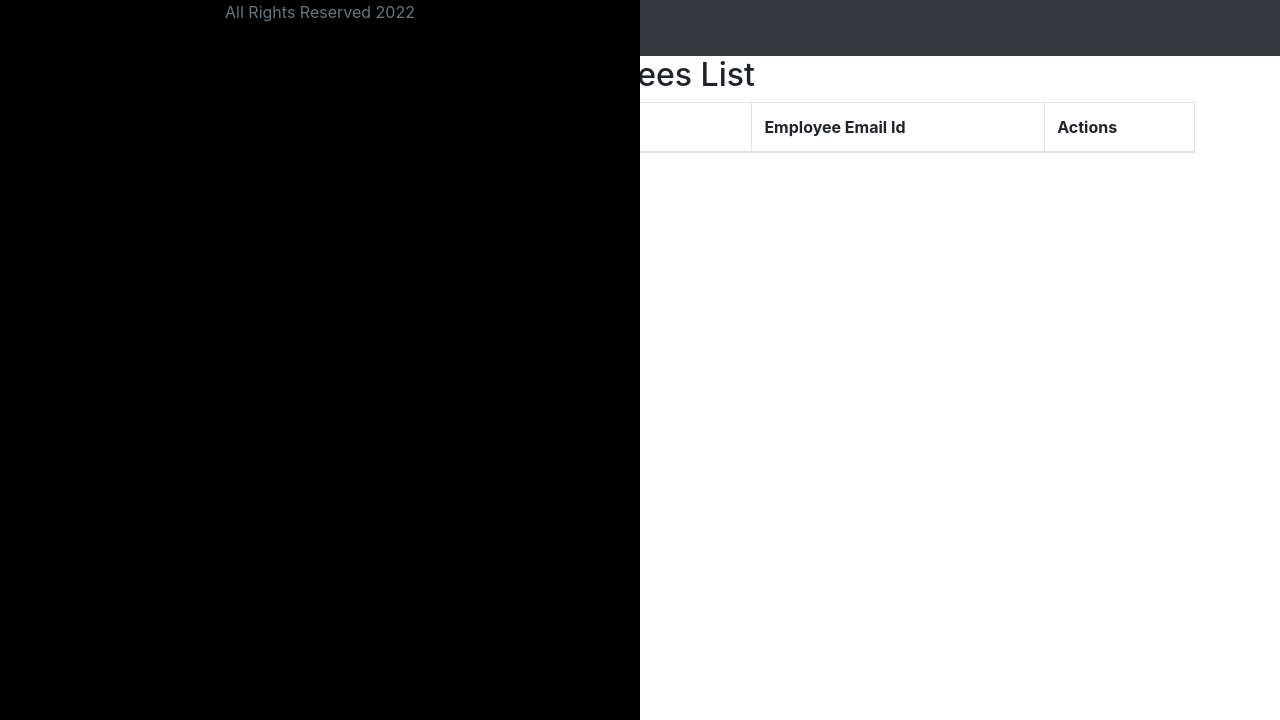
Repository: cavidk/react-springboot-crud-app-front
Page: / (app in react-fontend/)
An editor plug-in stored every save of this project. The page is shown before and after the next save, followed by the edit.
The browser window is 1280 px wide. The pictures show the whole page.
The page's requests for data from a server got no answer. The project was rebuilt for these pictures with package versions that can differ from the ones it lists, and the page was loaded fresh each time. No one was signed in, and anything a server would have sent is missing.

Above is the page before, as saved 2022-09-18 12:46:17.

### react-fontend/public/index.html
<!DOCTYPE html>
<html lang="en">
  <head>
    <meta charset="utf-8" />
    <link rel="icon" href="%PUBLIC_URL%/favicon.ico" />
    <meta name="viewport" content="width=device-width, initial-scale=1" />
    <meta name="theme-color" content="#000000" />
    <meta
      name="description"
      content="Web site created using create-react-app"
    />
    <link rel="apple-touch-icon" href="%PUBLIC_URL%/logo192.png" />
    <!--
      manifest.json provides metadata used when your web app is installed on a
      user's mobile device or desktop. See https://developers.google.com/web/fundamentals/web-app-manifest/
    -->
    <link rel="manifest" href="%PUBLIC_URL%/manifest.json" />
    <!--
      Notice the use of %PUBLIC_URL% in the tags above.
      It will be replaced with the URL of the `public` folder during the build.
      Only files inside the `public` folder can be referenced from the HTML.

      Unlike "/favicon.ico" or "favicon.ico", "%PUBLIC_URL%/favicon.ico" will
      work correctly both with client-side routing and a non-root public URL.
      Learn how to configure a non-root public URL by running `npm run build`.
    -->
    <title>React App</title>
    <link rel="stylesheet" href="https://cdn.jsdelivr.net/npm/bootstrap@4.0.0/dist/css/bootstrap.min.css" integrity="sha384-Gn5384xqQ1aoWXA+058RXPxPg6fy4IWvTNh0E263XmFcJlSAwiGgFAW/dAiS6JXm" crossorigin="anonymous">
  </head>
  <body>
    <noscript>You need to enable JavaScript to run this app.</noscript>
    <div id="root"></div>
    <!--
      This HTML file is a template.
      If you open it directly in the browser, you will see an empty page.

      You can add webfonts, meta tags, or analytics to this file.
      The build step will place the bundled scripts into the <body> tag.

      To begin the development, run `npm start` or `yarn start`.
      To create a production bundle, use `npm run build` or `yarn build`.
    -->
  </body>
</html>

### react-fontend/src/index.js
import React from 'react';
import ReactDOM from 'react-dom/client';
import './index.css';
import App from './App';
import reportWebVitals from './reportWebVitals';


const root = ReactDOM.createRoot(document.getElementById('root'));
root.render(
    <React.StrictMode>
      <App />
    </React.StrictMode>
 );

// If you want to start measuring performance in your app, pass a function
// to log results (for example: reportWebVitals(console.log))
// or send to an analytics endpoint. Learn more: https://bit.ly/CRA-vitals
reportWebVitals();

### react-fontend/src/App.js

import './App.css';
import ListEmployeeComponent from './components/ListEmployeeComponent';
import HeaderComponent from './components/HeaderComponent';
import FooterComponent from './components/FooterComponent';

function App() {
  return (

    <div>
          <HeaderComponent />
        <div className="container">
          <ListEmployeeComponent />
        </div>
          <FooterComponent />
    </div>
  );
}

export default App;

### react-fontend/src/App.css
.App {
  text-align: center;
}

.App-logo {
  height: 40vmin;
  pointer-events: none;
}

@media (prefers-reduced-motion: no-preference) {
  .App-logo {
    animation: App-logo-spin infinite 20s linear;
  }
}

.App-header {
  background-color: #282c34;
  min-height: 100vh;
  display: flex;
  flex-direction: column;
  align-items: center;
  justify-content: center;
  font-size: calc(10px + 2vmin);
  color: white;
}

.App-link {
  color: #61dafb;
}

@keyframes App-logo-spin {
  from {
    transform: rotate(0deg);
  }
  to {
    transform: rotate(360deg);
  }
}

.footer{
position: absolute;
bottom: 0%;
width: 50%;
height: 100%;
background-color: black;
text-align: center;
color: white;
}

### react-fontend/src/components/ListEmployeeComponent.jsx
import React, { Component } from 'react'
import EmployeeService from '../services/EmployeeService'

export default class ListEmployeeComponent extends Component {
  constructor(props){
   super(props)

   this.state = {

      employees : []
   }
  }

    componentDidMount(){
       EmployeeService.getEmployees().then((res) => {
          this.setState({employees: res.data});

   });
  }

   render() {
    return (
      <div>
        <h2 className="text-center">Employees List</h2>
        <div className="row"></div>
        <table className="table table-striped table-bordered">
          <thead>
            <tr>
             <th>Employee First Name</th>
             <th>Employee Last Name</th>
             <th>Employee Email Id</th>
             <th>Actions</th>
            </tr>
          </thead>
            <tbody>
               {
                 this.state.employees.map(
                   employee =>
                   <tr key = {employee.id}>
                       <td>{employee.firstName}</td>
                       <td>{employee.lastName}</td>
                       <td>{employee.emailId}</td>
                   </tr>
                 )
               }
            </tbody>
         </table>
      </div>
    )
  }
}

### react-fontend/src/components/HeaderComponent.js
import React, { Component } from 'react'

export default class HeaderComponent extends Component {
  render() {

    return (
       <div>
         <header>
           <nav className="navbar navbar-expand-md navbar-dark bg-dark">
        <div>
            <a href='https://github.com/cavidk' className='navbar-brand'>
              Employee Management App
            </a>
        </div>
        </nav>
         </header>
       </div>
    )
  }
}

### react-fontend/src/components/FooterComponent.jsx
import React, { Component } from 'react'

export default class FooterComponent extends Component {
  render() {
    return (
      <div>
         <footer className= "footer">

          <span className='text-muted'>All Rights Reserved 2022</span>

         </footer>
      </div>
    )
  }
}

### react-fontend/src/services/EmployeeService.js
import axios from 'axios';

const EMPLOYEE_APP_BASE_URL = "http://localhost:8080/api/v1/employees";

class EmployeeService{
   getEmployees(){
      return axios.get("EMPLOYEE_APP_BASE_URL", this.getEmployees);
   }
}
export default new EmployeeService()

Loaded but not shown: react-fontend/src/index.css (common file); react-fontend/src/reportWebVitals.js (common file)

After the next save:
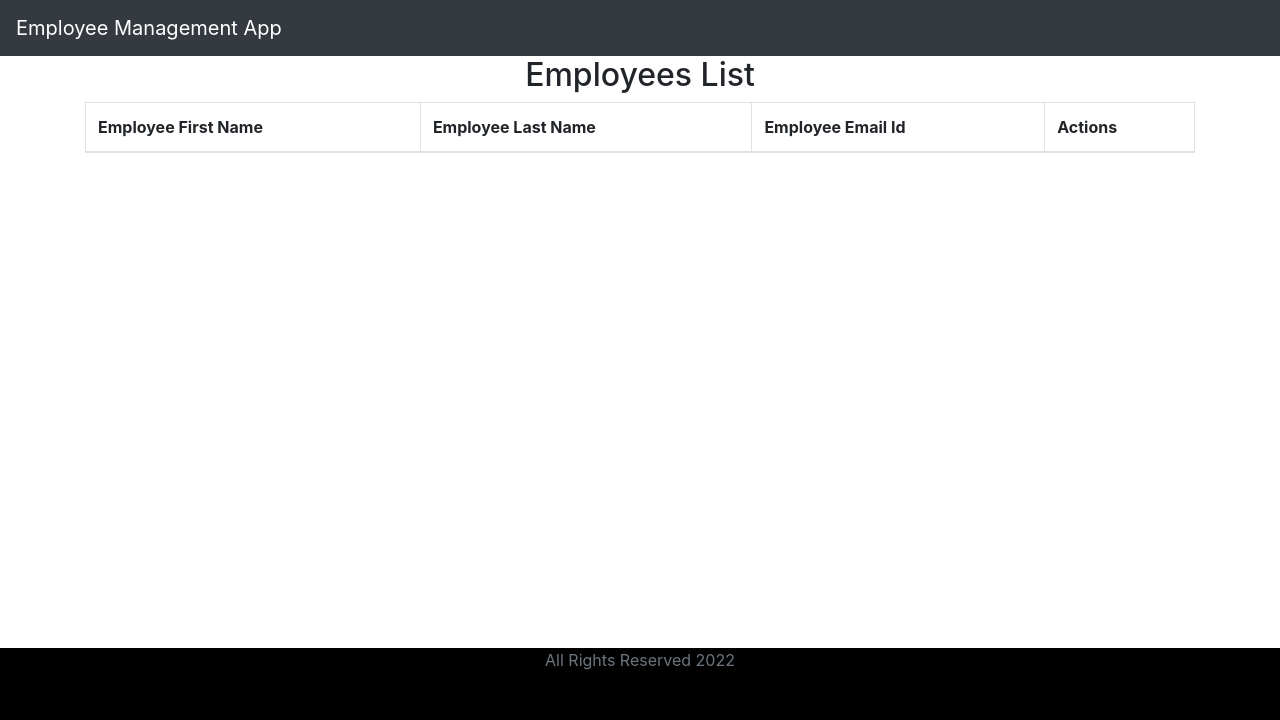
Saved 17 s later.
--- a/react-fontend/src/App.css
+++ b/react-fontend/src/App.css
@@ -40,8 +40,8 @@
 .footer{
 position: absolute;
 bottom: 0%;
-width: 50%;
-height: 100%;
+width: 100%;
+height: 10%;
 background-color: black;
 text-align: center;
 color: white;
